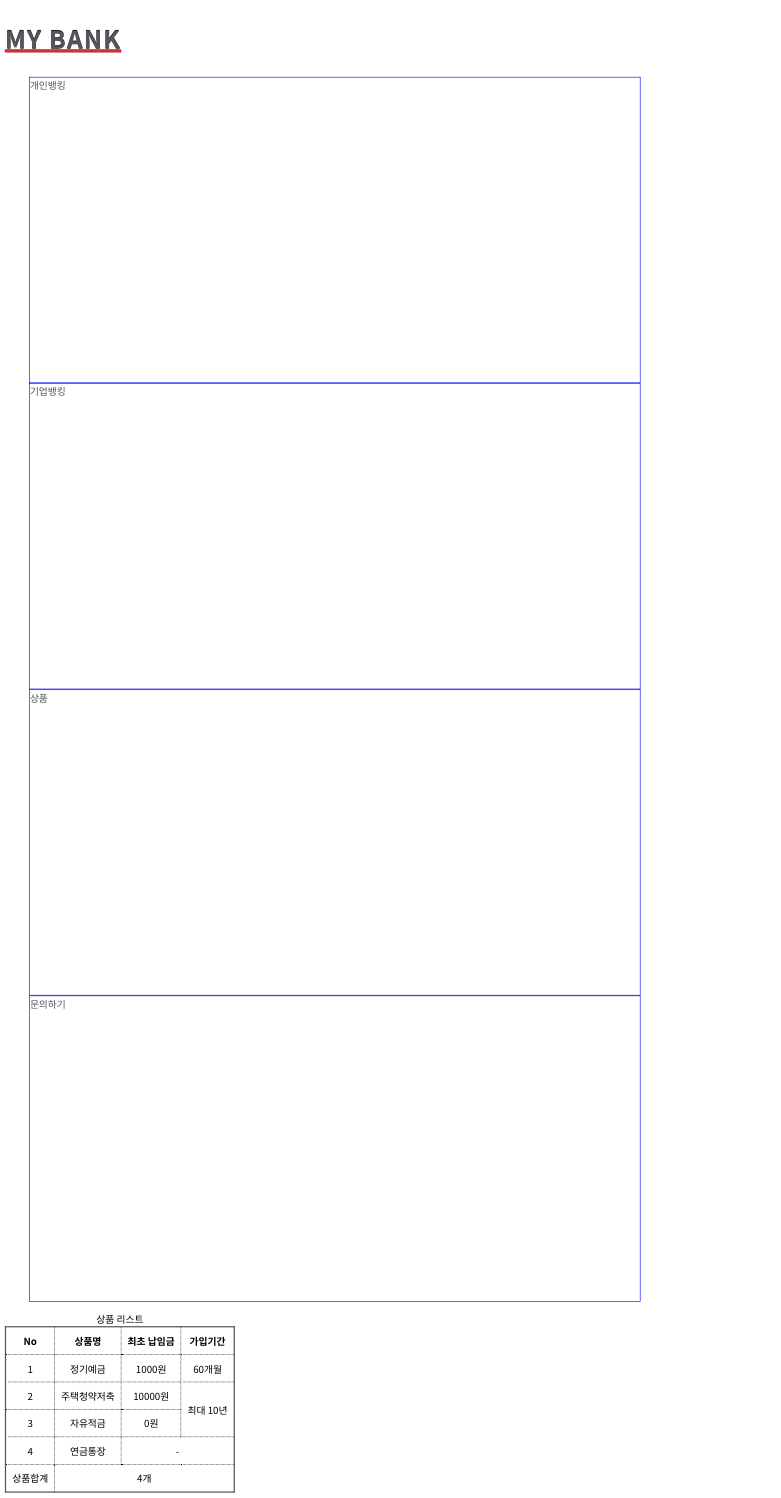
Repository: pvntlc/D-IT-Tech-Internship
Page: work_java/HTMLProject/src/main/webapp/DAY2/03.레이아웃구성/3-4.display.html
These files come from the project's save history. The page is drawn as it stood at one moment and after the next save; the edit follows.
The browser window is 1280 px wide. The pictures show the whole page, at 61% of full size.

Above is the page before, as saved 2023-09-08 05:03:32.

After the next save:
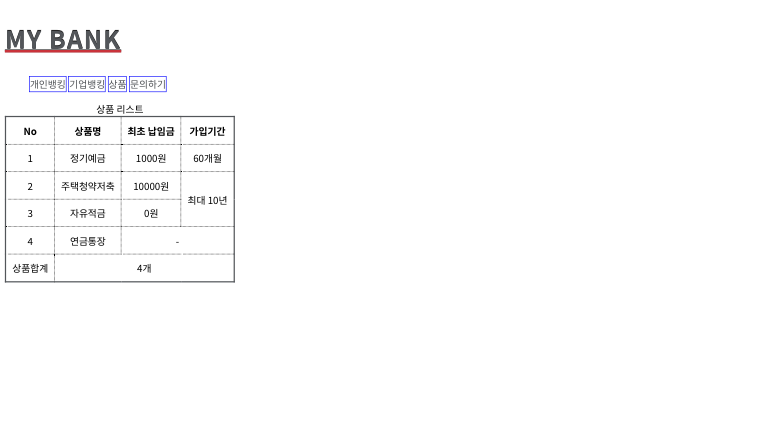
Saved 6 s later.
--- a/work_java/HTMLProject/src/main/webapp/DAY2/03.레이아웃구성/3-4.display.html
+++ b/work_java/HTMLProject/src/main/webapp/DAY2/03.레이아웃구성/3-4.display.html
@@ -10,11 +10,11 @@
       nav ul li{
         border: 1px solid blue;
         /* display 속성에 따라서 어떻게 변경되는지 확인해보자. */
-        display: inline-block;
+        display: inline;
         /* display: block; */
         /* display: inline-block; */
-        width: 1000px;
-        height: 500px;
+        width: 100px;
+        height: 50px;
       }
     </style>
 </head>
